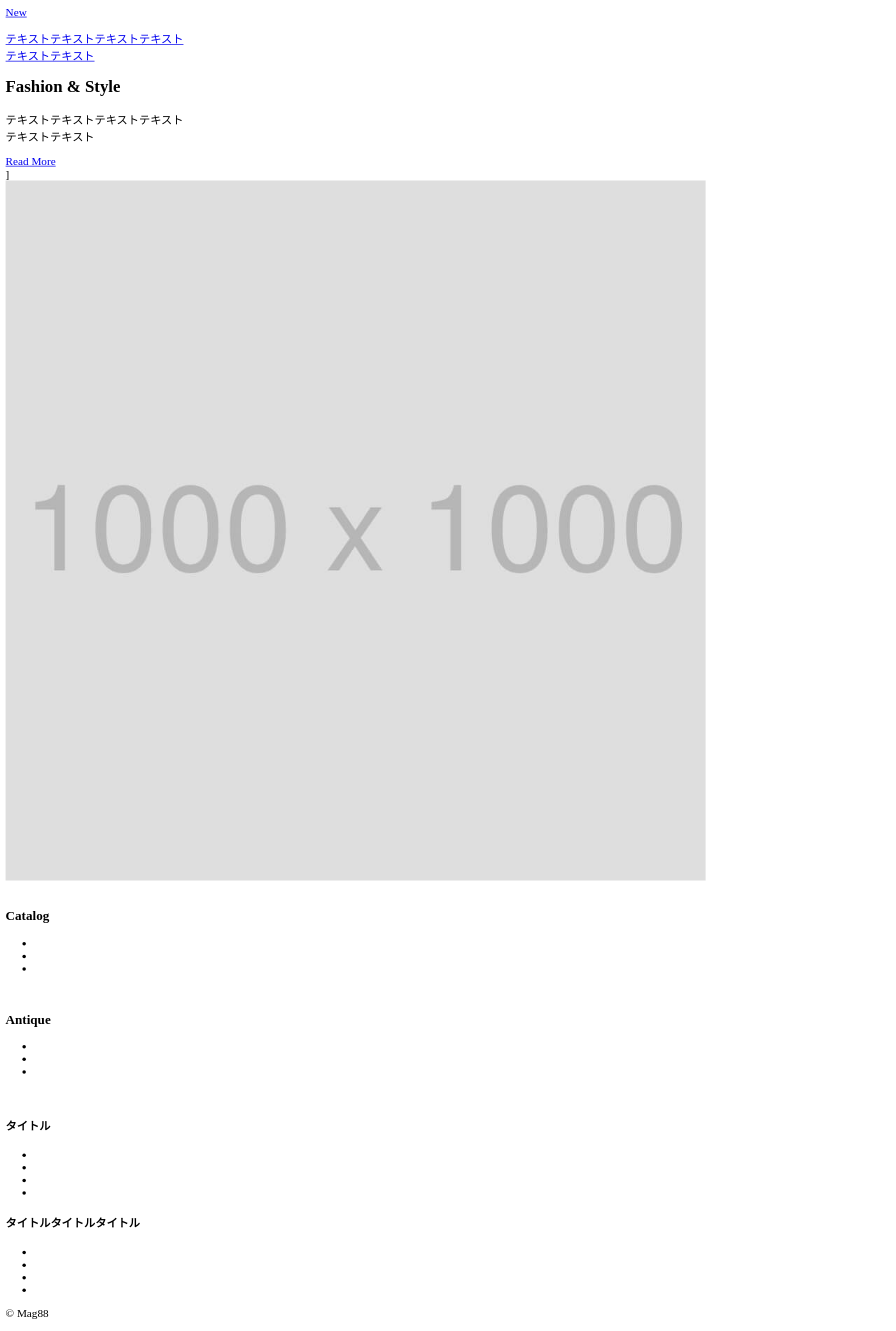
Repository: Fuki-san/bookstore
Page: http://localhost/book
The author's editor kept a copy of each file at every save. The page is drawn from the files as they stood at one save, then again after a run of saves.
The browser window is 1280 px wide. The pictures show the part of the page from y = 2307 to 4227 px (the page is 4209 px tall before and 4227 px after), at 70% of full size.
The page is served by the project's Laravel application, run on PHP 8.4 with Laravel 10. Other server files are loaded and not shown.

Above is the page before, as saved 2023-11-20 12:20:06.

### routes/web.php
<?php

use Illuminate\Support\Facades\Route;

/*
|--------------------------------------------------------------------------
| Web Routes
|--------------------------------------------------------------------------
|
| Here is where you can register web routes for your application. These
| routes are loaded by the RouteServiceProvider and all of them will
| be assigned to the "web" middleware group. Make something great!
|
*/

Route::get('/', function () {
    return view('welcome');
});

Route::get('book', function() {
    return view('bookstore');
})->name('book');

### resources/views/bookstore.blade.php
@extends('layouts.main')

@section('title', 'bookstore')

@section('content')
    <header>
        <h1 class="site-title"><img src="img/logo.svg" alt="Mag88"></h1>
    </header>

    <main>
        <section id="magazine" class="wrapper">
            <h2 class="sec-title">A special, long article in a newspaper or magazine</h2>
            <p>テキストテキスト</p>
            <div class="flex-item">
                <a class="item" href="#">
                    <img src="img/magazine-archive.jpg">
                    <div class="text">
                        <p class="title">Archive</p>
                        <p>
                            テキストテキストテキストテキスト<br>
                            テキストテキスト
                        </p>
                    </div>
                </a>
                <a href="#" class="item">
                    <img src="img/magazine-new.jpg">
                    <div class="text">
                        <p class="title">New</p>
                        <p>
                            テキストテキストテキストテキスト<br>
                            テキストテキスト
                        </p>
                    </div>
                </a>
            </div>
        </section>

        <section id="fashion">
            <div class="wrapper">
                <h2 class="sec-title">Fashion &amp; Style</h2>
                <p>
                テキストテキストテキストテキスト<br>
                テキストテキスト
                </p>
                <a href="#" btn>Read More</a>
            </div>
        </section>

        <section class="catalog-antique">]
            <div class="flex-item wrapper">
                <div class="item">
                    <img src="img/catalog.jpg">
                </div>
                <div>

                </div>
            </div>
            <img src="">
            <h3>Catalog</h3>
            <ul>
                <li></li>
                <li></li>
                <li></li>
            </ul>
        </section>
        <section class="catalog-antique">
            <img src="">
            <h3>Antique</h3>
            <ul>
                <li></li>
                <li></li>
                <li></li>
            </ul>
        </section>

    </main>


    <footer>
        <div class="footer-menu">
            <img src="">
            <h4>タイトル</h4>
            <ul>
                <li></li>
                <li></li>
                <li></li>
                <li></li>
            </ul>
            <h4>タイトルタイトルタイトル</h4>
            <ul>
                <li></li>
                <li></li>
                <li></li>
                <li></li>
            </ul>
        </div>
        <p>&copy; Mag88</p>
    </footer>
@endsection

### resources/views/layouts/main.blade.php
<!DOCTYPE html>
<html lang="ja">
<head>
    <meta charset="UTF-8">
    <meta name="viewport" content="width=device-width, initial-scale=1.0">
    <meta http-equiv="X-UA-Compatible" content="ie=edge">
    <link rel="stylesheet" href="{{ asset('css/reset.css') }}">
    <link rel="stylesheet" href="{{ asset('css/style.css') }}">
    <link rel="icon" href="img/favicon.ico">
    <title>@yield('title')</title>
</head>
<body>
    @yield('content')
</body>
</html>

### public/img/logo.svg
<?xml version="1.0" encoding="utf-8"?>
<!-- Generator: Adobe Illustrator 15.1.0, SVG Export Plug-In . SVG Version: 6.00 Build 0)  -->
<!DOCTYPE svg PUBLIC "-//W3C//DTD SVG 1.1//EN" "http://www.w3.org/Graphics/SVG/1.1/DTD/svg11.dtd">
<svg version="1.1" id="レイヤー_1" xmlns="http://www.w3.org/2000/svg" xmlns:xlink="http://www.w3.org/1999/xlink" x="0px"
	 y="0px" width="120px" height="40px" viewBox="0 0 120 40" enable-background="new 0 0 120 40" xml:space="preserve">
<text transform="matrix(1 0 0 1 11.667 -25.8213)" fill="#2B3137" font-family="'Arial-BoldMT'" font-size="31.8021">Mag88</text>
<rect fill="#2A2A2A" width="120" height="40"/>
<g>
	<path fill="#FFFFFF" d="M13.351,29.333V6.568h6.879l4.13,15.529l4.084-15.529h6.895v22.765h-4.271v-17.92l-4.519,17.92h-4.425
		l-4.503-17.92v17.92H13.351z"/>
	<path fill="#FFFFFF" d="M43.134,17.872l-3.96-0.714c0.445-1.595,1.211-2.774,2.299-3.54c1.087-0.766,2.701-1.149,4.845-1.149
		c1.946,0,3.396,0.23,4.348,0.69c0.952,0.461,1.623,1.047,2.011,1.756c0.389,0.709,0.582,2.01,0.582,3.904l-0.046,5.094
		c0,1.449,0.069,2.518,0.21,3.207c0.139,0.688,0.4,1.426,0.783,2.213h-4.316c-0.113-0.29-0.254-0.72-0.419-1.289
		c-0.073-0.259-0.124-0.43-0.155-0.513c-0.746,0.725-1.543,1.269-2.392,1.63c-0.849,0.363-1.755,0.544-2.718,0.544
		c-1.697,0-3.035-0.46-4.014-1.382s-1.467-2.086-1.467-3.494c0-0.932,0.222-1.762,0.667-2.492c0.444-0.73,1.069-1.289,1.871-1.677
		c0.802-0.389,1.959-0.728,3.471-1.018c2.039-0.383,3.452-0.739,4.239-1.071v-0.435c0-0.839-0.207-1.437-0.621-1.794
		s-1.195-0.535-2.345-0.535c-0.776,0-1.382,0.152-1.817,0.458C43.755,16.571,43.403,17.106,43.134,17.872z M48.973,21.413
		c-0.559,0.187-1.444,0.409-2.655,0.668c-1.212,0.259-2.003,0.512-2.376,0.761c-0.569,0.403-0.854,0.916-0.854,1.537
		c0,0.61,0.227,1.14,0.683,1.584c0.456,0.445,1.035,0.667,1.739,0.667c0.787,0,1.537-0.258,2.252-0.775
		c0.527-0.394,0.875-0.875,1.04-1.444c0.114-0.373,0.171-1.081,0.171-2.128V21.413z"/>
	<path fill="#FFFFFF" d="M57.157,30.419l4.984,0.605c0.083,0.58,0.274,0.979,0.574,1.196c0.414,0.311,1.066,0.466,1.957,0.466
		c1.139,0,1.992-0.171,2.563-0.512c0.383-0.229,0.673-0.596,0.869-1.104c0.135-0.362,0.202-1.029,0.202-2.003v-2.407
		c-1.304,1.781-2.95,2.672-4.938,2.672c-2.215,0-3.97-0.938-5.264-2.811c-1.015-1.48-1.521-3.324-1.521-5.529
		c0-2.764,0.664-4.875,1.995-6.335c1.33-1.46,2.983-2.189,4.962-2.189c2.039,0,3.721,0.896,5.046,2.687v-2.314h4.084V27.64
		c0,1.946-0.161,3.4-0.481,4.363s-0.771,1.719-1.351,2.268c-0.58,0.549-1.354,0.979-2.321,1.289
		c-0.969,0.311-2.192,0.466-3.673,0.466c-2.795,0-4.778-0.479-5.947-1.437c-1.17-0.957-1.755-2.172-1.755-3.642
		C57.141,30.802,57.147,30.626,57.157,30.419z M61.054,20.745c0,1.75,0.339,3.031,1.017,3.844c0.679,0.813,1.515,1.219,2.508,1.219
		c1.066,0,1.967-0.416,2.703-1.25c0.734-0.834,1.102-2.068,1.102-3.703c0-1.709-0.352-2.977-1.056-3.805s-1.595-1.242-2.671-1.242
		c-1.045,0-1.907,0.406-2.586,1.219C61.393,17.839,61.054,19.079,61.054,20.745z"/>
	<path fill="#FFFFFF" d="M79.797,17.05c-1.129-0.477-1.949-1.131-2.462-1.965c-0.513-0.833-0.769-1.746-0.769-2.74
		c0-1.697,0.593-3.101,1.778-4.208c1.185-1.107,2.87-1.662,5.054-1.662c2.164,0,3.844,0.554,5.039,1.662
		c1.196,1.108,1.794,2.511,1.794,4.208c0,1.056-0.274,1.995-0.823,2.818c-0.549,0.822-1.32,1.451-2.313,1.887
		c1.263,0.508,2.224,1.248,2.88,2.221c0.658,0.973,0.986,2.096,0.986,3.369c0,2.102-0.67,3.811-2.011,5.125
		s-3.124,1.972-5.349,1.972c-2.071,0-3.795-0.544-5.172-1.63c-1.625-1.284-2.438-3.045-2.438-5.28c0-1.231,0.305-2.362,0.916-3.394
		C77.52,18.403,78.482,17.608,79.797,17.05z M80.293,22.407c0,1.201,0.309,2.138,0.924,2.811c0.616,0.673,1.385,1.01,2.307,1.01
		c0.9,0,1.646-0.324,2.236-0.971c0.59-0.647,0.885-1.582,0.885-2.803c0-1.066-0.301-1.924-0.9-2.57
		c-0.602-0.646-1.361-0.971-2.283-0.971c-1.066,0-1.861,0.367-2.383,1.103C80.555,20.751,80.293,21.548,80.293,22.407z
		 M80.698,12.655c0,0.869,0.246,1.547,0.737,2.034c0.491,0.486,1.146,0.729,1.964,0.729c0.828,0,1.491-0.246,1.988-0.737
		s0.745-1.173,0.745-2.042c0-0.818-0.246-1.473-0.737-1.965c-0.492-0.491-1.142-0.737-1.949-0.737c-0.838,0-1.506,0.249-2.003,0.745
		C80.946,11.18,80.698,11.837,80.698,12.655z"/>
	<path fill="#FFFFFF" d="M97.484,17.05c-1.128-0.477-1.948-1.131-2.462-1.965c-0.512-0.833-0.768-1.746-0.768-2.74
		c0-1.697,0.592-3.101,1.777-4.208c1.186-1.107,2.871-1.662,5.055-1.662c2.164,0,3.844,0.554,5.039,1.662
		c1.195,1.108,1.793,2.511,1.793,4.208c0,1.056-0.273,1.995-0.822,2.818c-0.549,0.822-1.32,1.451-2.314,1.887
		c1.264,0.508,2.224,1.248,2.881,2.221c0.658,0.973,0.986,2.096,0.986,3.369c0,2.102-0.67,3.811-2.012,5.125
		c-1.34,1.314-3.123,1.972-5.349,1.972c-2.071,0-3.794-0.544-5.171-1.63c-1.625-1.284-2.438-3.045-2.438-5.28
		c0-1.231,0.305-2.362,0.916-3.394C95.207,18.403,96.168,17.608,97.484,17.05z M97.981,22.407c0,1.201,0.308,2.138,0.924,2.811
		c0.615,0.673,1.385,1.01,2.307,1.01c0.9,0,1.646-0.324,2.235-0.971c0.591-0.647,0.886-1.582,0.886-2.803
		c0-1.066-0.301-1.924-0.901-2.57s-1.361-0.971-2.282-0.971c-1.066,0-1.861,0.367-2.384,1.103S97.981,21.548,97.981,22.407z
		 M98.385,12.655c0,0.869,0.245,1.547,0.736,2.034c0.492,0.486,1.146,0.729,1.965,0.729c0.828,0,1.49-0.246,1.988-0.737
		c0.496-0.491,0.744-1.173,0.744-2.042c0-0.818-0.246-1.473-0.736-1.965c-0.492-0.491-1.143-0.737-1.949-0.737
		c-0.839,0-1.506,0.249-2.004,0.745C98.633,11.18,98.385,11.837,98.385,12.655z"/>
</g>
</svg>

Loaded but not shown: public/css/style.css (no copy from this time; the picture is the same without it)

After the next 2 saves:
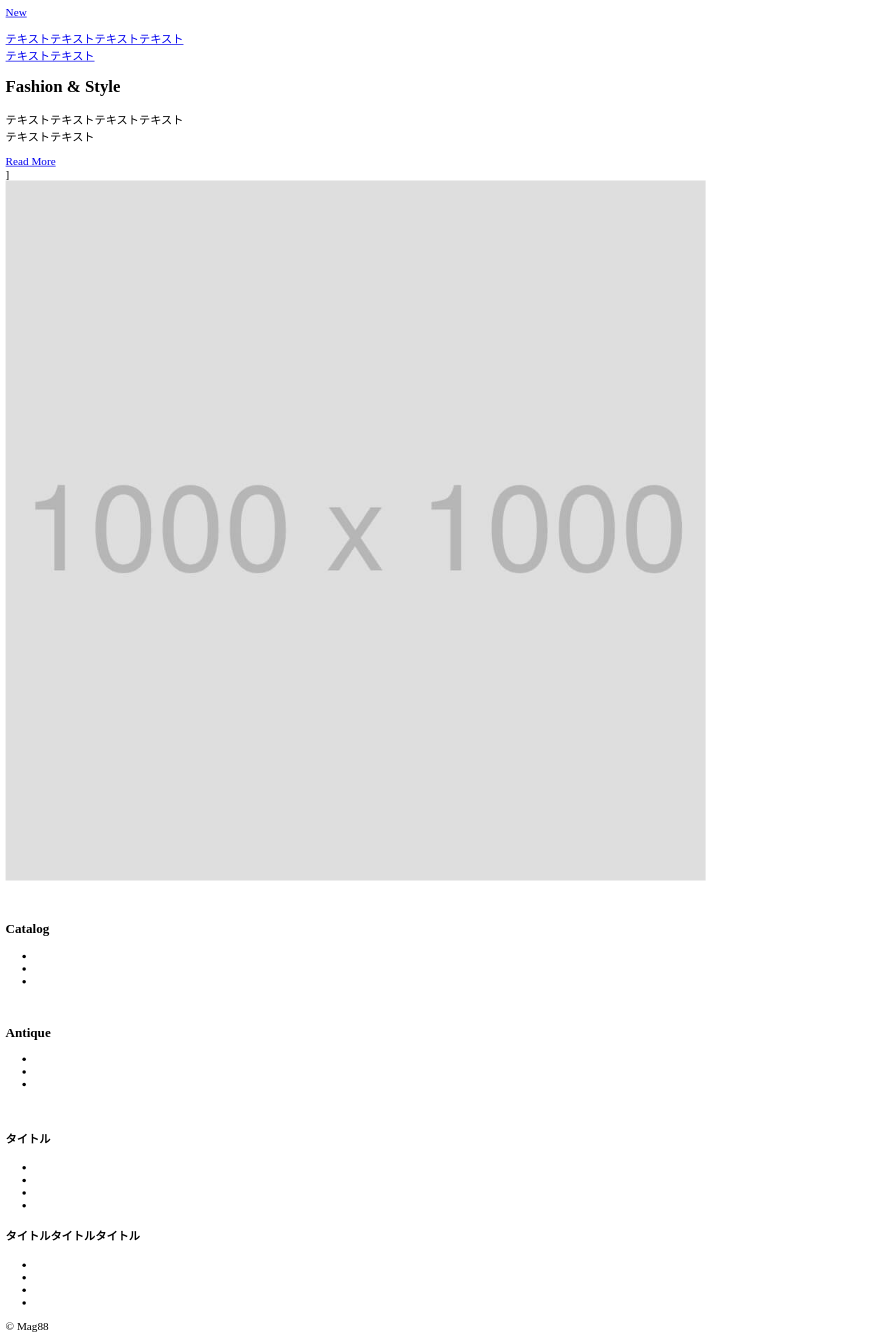
The 2 saves are shown as one change because they came seconds apart.
The last was saved 6 s later.
--- a/resources/views/bookstore.blade.php
+++ b/resources/views/bookstore.blade.php
@@ -51,8 +51,8 @@
                 <div class="item">
                     <img src="img/catalog.jpg">
                 </div>
-                <div>
-
+                <div class="item">
+                    <img src="" alt="">
                 </div>
             </div>
             <img src="">
